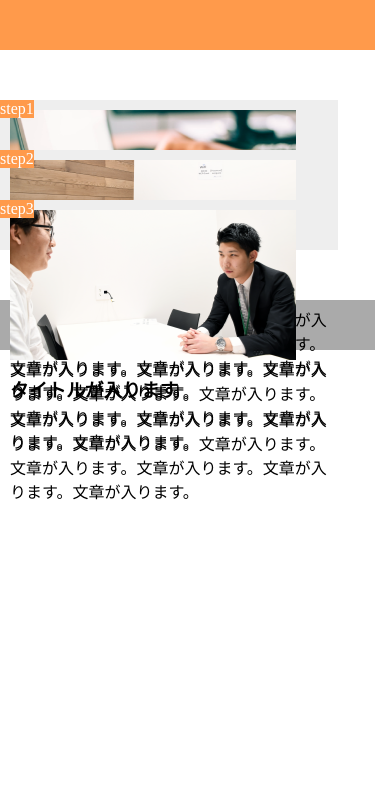
Repository: ryotaago/kadai
Page: kadai/kadai.html
The author's editor kept a record of every edit. The page is drawn from the files as they stood at one moment, then again after the next edit.
The browser window is 375 px wide. The pictures show the whole page.

Above is the page before.

After the next edit:
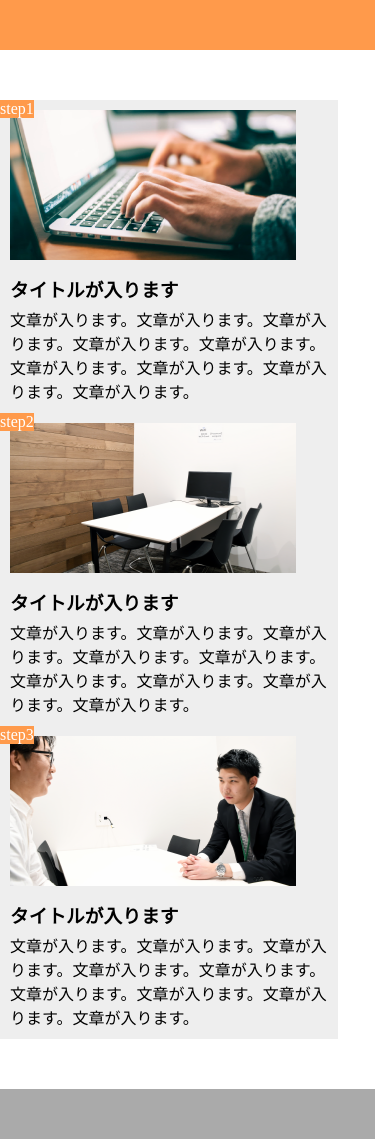
The edit:
--- a/kadai/kadai.css
+++ b/kadai/kadai.css
@@ -79,8 +79,11 @@
   }
 
   .step-box {
-    width: 100%;
-    height: 50px
+    width: 50px;
+  margin-right: 30px;
+  padding: 10px;
+  position: relative;
+  background-color: #eee;
   }
 
   .step-img1 {
